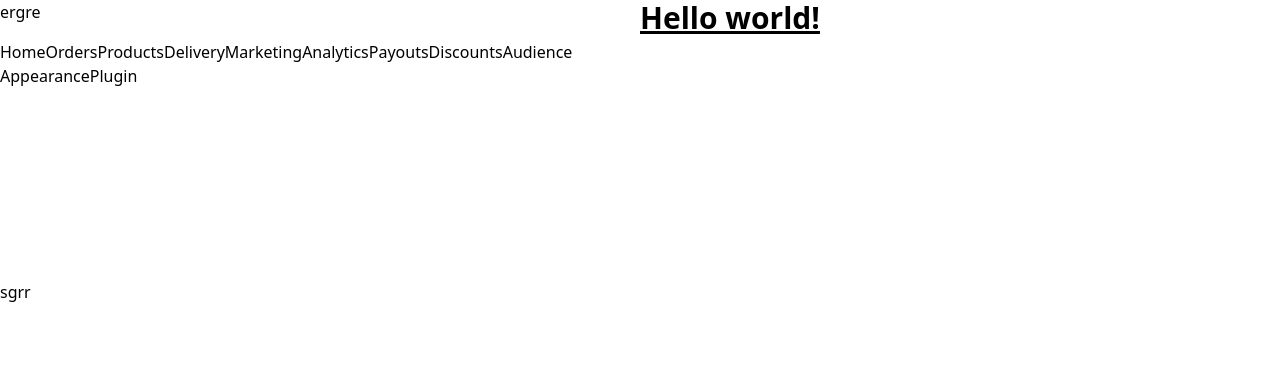
Repository: Yh010/dukaanDashboard
Page: /
An editor plug-in stored every save of this project. The page is shown before and after the next save, followed by the edit.
The browser window is 1280 px wide. The pictures show the whole page.
The project was rebuilt for these pictures with package versions that can differ from the ones it lists, and the page was loaded fresh each time. Also part of the build but not shown: vite.config.js, src/App.css.

Above is the page before, as saved 2024-01-21 11:30:39.

### src/App.jsx
/* import { useState } from 'react' */
/* import reactLogo from './assets/react.svg'
import viteLogo from '/vite.svg' */
import './App.css'
import SideNavBar from './components/sidenavbar'

function App() {
/*   const [count, setCount] = useState(0) */

  return (
    <div className='grid grid-cols-2'>
       <SideNavBar/>
        <h1 className="text-3xl font-bold underline">
            Hello world!
        </h1>

    </div>

  )
}

export default App

### src/components/sidenavbar.jsx
function SideNavBar() {
    return (
        <div className="sidenavbar  ">

            <div className=" space-y-48 justify-between">
                <div className="space-y-4">
                    <div id="head">
                        ergre
                    </div>

                    <div id="items vertical">

                            <button>Home</button>
                            <button>Orders</button>
                            <button>Products</button>
                            <button>Delivery</button>
                            <button>Marketing</button>
                            <button>Analytics</button>
                            <button>Payouts</button>
                            <button>Discounts</button>
                            <button>Audience</button>
                            <button>Appearance</button>
                            <button>Plugin</button>

                    </div>
                </div>

                <div id="credits">
                    sgrr
                </div>
            </div>

        </div>
    );
}

export default SideNavBar;

Loaded but not shown: index.html (common file); src/main.jsx (common file); src/index.css (common file); tailwind.config.js (common file)

After the next save:
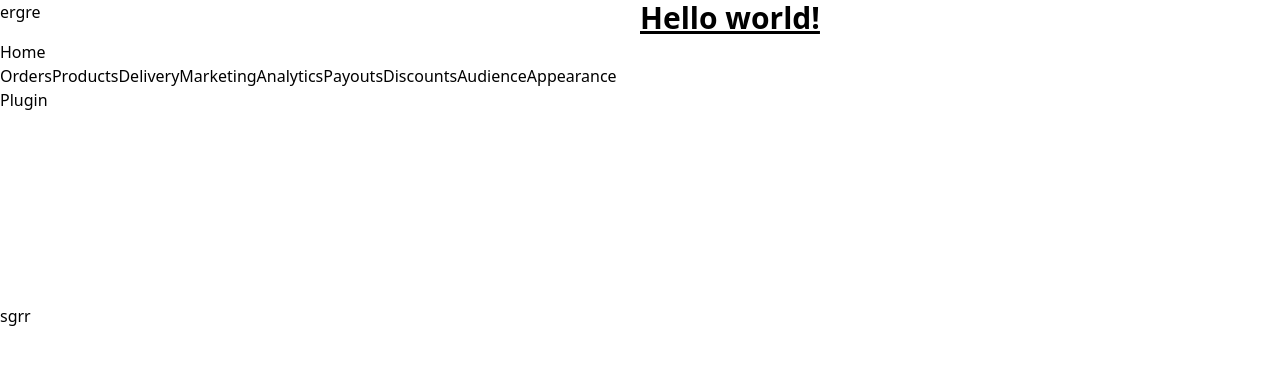
Saved 45 s later.
--- a/src/components/sidenavbar.jsx
+++ b/src/components/sidenavbar.jsx
@@ -8,9 +8,10 @@ function SideNavBar() {
                         ergre
                     </div>
 
-                    <div id="items vertical">
+                    <div id="items">
+                        <ul>
+                            <li><button>Home</button></li>
 
-                            <button>Home</button>
                             <button>Orders</button>
                             <button>Products</button>
                             <button>Delivery</button>
@@ -21,7 +22,7 @@ function SideNavBar() {
                             <button>Audience</button>
                             <button>Appearance</button>
                             <button>Plugin</button>
-
+                        </ul>
                     </div>
                 </div>
 
